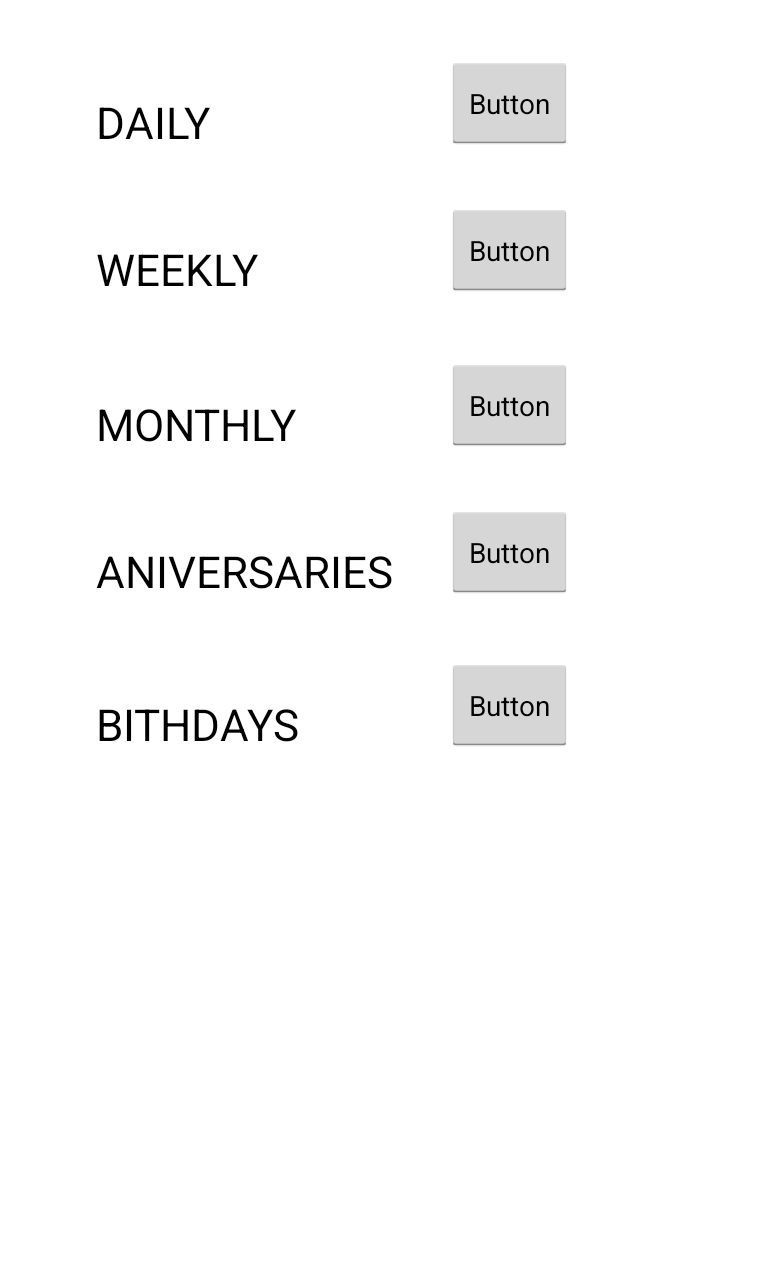
Repository: satyadarls/ToDo
Layout: ToDo/res/layout/activity_main.xml
The author's editor kept a copy of each file at every save. The layout is drawn from the files as they stood at one save, then again after the next save.
It is drawn on a 768 x 1280 px phone screen (xhdpi) without system bars, with theme AppTheme; the app's code is not run.

Above is the layout before, as saved 2014-07-06 09:36:58.

### ToDo/res/layout/activity_main.xml
<?xml version="1.0" encoding="utf-8"?>
<RelativeLayout xmlns:android="http://schemas.android.com/apk/res/android"
    android:layout_width="match_parent"
    android:layout_height="match_parent" >

    <Button
        android:id="@+id/button3"
        style="?android:attr/buttonStyleSmall"
        android:layout_width="wrap_content"
        android:layout_height="wrap_content"
        android:layout_alignBottom="@+id/textView3"
        android:layout_alignLeft="@+id/button2"
        android:text="Button" />

    <Button
        android:id="@+id/button1"
        style="?android:attr/buttonStyleSmall"
        android:layout_width="wrap_content"
        android:layout_height="wrap_content"
        android:layout_above="@+id/textView2"
        android:layout_marginLeft="26dp"
        android:layout_toRightOf="@+id/textView4"
        android:text="Button" />

    <Button
        android:id="@+id/button2"
        style="?android:attr/buttonStyleSmall"
        android:layout_width="wrap_content"
        android:layout_height="wrap_content"
        android:layout_above="@+id/textView3"
        android:layout_alignLeft="@+id/button1"
        android:text="Button" />

    <Button
        android:id="@+id/button4"
        style="?android:attr/buttonStyleSmall"
        android:layout_width="wrap_content"
        android:layout_height="wrap_content"
        android:layout_alignBottom="@+id/textView4"
        android:layout_alignRight="@+id/button3"
        android:text="Button" />

    <TextView
        android:id="@+id/textView4"
        android:layout_width="wrap_content"
        android:layout_height="wrap_content"
        android:layout_alignLeft="@+id/textView3"
        android:layout_below="@+id/textView3"
        android:layout_marginTop="44dp"
        android:text="ANIVERSARIES"
        android:textAppearance="?android:attr/textAppearanceLarge" />

    <TextView
        android:id="@+id/textView1"
        android:layout_width="wrap_content"
        android:layout_height="wrap_content"
        android:layout_alignParentLeft="true"
        android:layout_alignParentTop="true"
        android:layout_marginLeft="48dp"
        android:layout_marginTop="46dp"
        android:text="DAILY"
        android:textAppearance="?android:attr/textAppearanceLarge" />

    <TextView
        android:id="@+id/textView2"
        android:layout_width="wrap_content"
        android:layout_height="wrap_content"
        android:layout_alignLeft="@+id/textView1"
        android:layout_below="@+id/textView1"
        android:layout_marginTop="44dp"
        android:text="WEEKLY"
        android:textAppearance="?android:attr/textAppearanceLarge" />

    <TextView
        android:id="@+id/textView3"
        android:layout_width="wrap_content"
        android:layout_height="wrap_content"
        android:layout_alignLeft="@+id/textView2"
        android:layout_below="@+id/textView2"
        android:layout_marginTop="48dp"
        android:text="MONTHLY"
        android:textAppearance="?android:attr/textAppearanceLarge" />

    <TextView
        android:id="@+id/textView5"
        android:layout_width="wrap_content"
        android:layout_height="wrap_content"
        android:layout_alignLeft="@+id/textView4"
        android:layout_below="@+id/textView4"
        android:layout_marginTop="47dp"
        android:text="BITHDAYS"
        android:textAppearance="?android:attr/textAppearanceLarge" />

    <Button
        android:id="@+id/button5"
        style="?android:attr/buttonStyleSmall"
        android:layout_width="wrap_content"
        android:layout_height="wrap_content"
        android:layout_alignBottom="@+id/textView5"
        android:layout_alignLeft="@+id/button4"
        android:text="Button" />

</RelativeLayout>

Loaded but not shown: ToDo/res/values/styles.xml (common file); ToDo/res/values-v11/styles.xml (common file); ToDo/res/values-v14/styles.xml (common file)

After the next save:
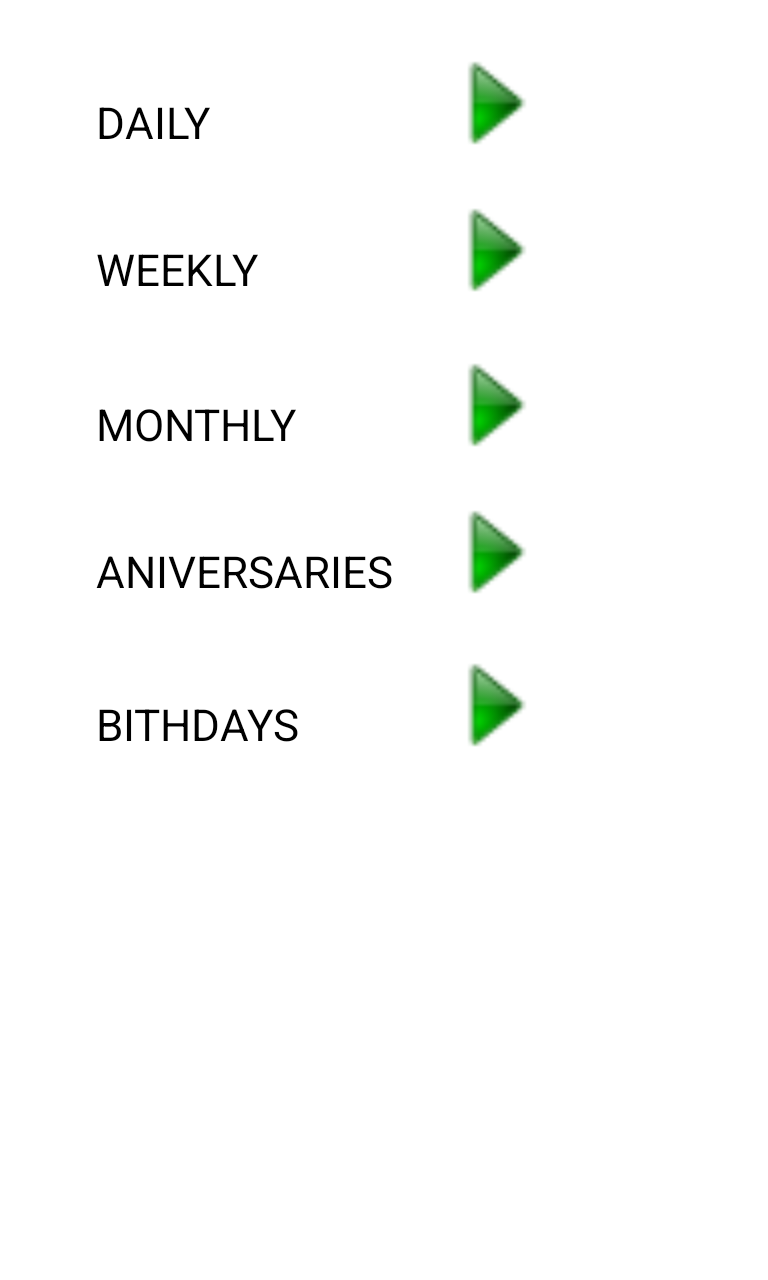
Saved 72 s later.
--- a/ToDo/res/layout/activity_main.xml
+++ b/ToDo/res/layout/activity_main.xml
@@ -10,7 +10,7 @@
         android:layout_height="wrap_content"
         android:layout_alignBottom="@+id/textView3"
         android:layout_alignLeft="@+id/button2"
-        android:text="Button" />
+        android:background="@drawable/rightarrow" />
 
     <Button
         android:id="@+id/button1"
@@ -20,7 +20,7 @@
         android:layout_above="@+id/textView2"
         android:layout_marginLeft="26dp"
         android:layout_toRightOf="@+id/textView4"
-        android:text="Button" />
+        android:background="@drawable/rightarrow"/>
 
     <Button
         android:id="@+id/button2"
@@ -29,7 +29,7 @@
         android:layout_height="wrap_content"
         android:layout_above="@+id/textView3"
         android:layout_alignLeft="@+id/button1"
-        android:text="Button" />
+        android:background="@drawable/rightarrow"/>
 
     <Button
         android:id="@+id/button4"
@@ -38,7 +38,7 @@
         android:layout_height="wrap_content"
         android:layout_alignBottom="@+id/textView4"
         android:layout_alignRight="@+id/button3"
-        android:text="Button" />
+        android:background="@drawable/rightarrow" />
 
     <TextView
         android:id="@+id/textView4"
@@ -98,6 +98,6 @@
         android:layout_height="wrap_content"
         android:layout_alignBottom="@+id/textView5"
         android:layout_alignLeft="@+id/button4"
-        android:text="Button" />
+        android:background="@drawable/rightarrow" />
 
 </RelativeLayout>
